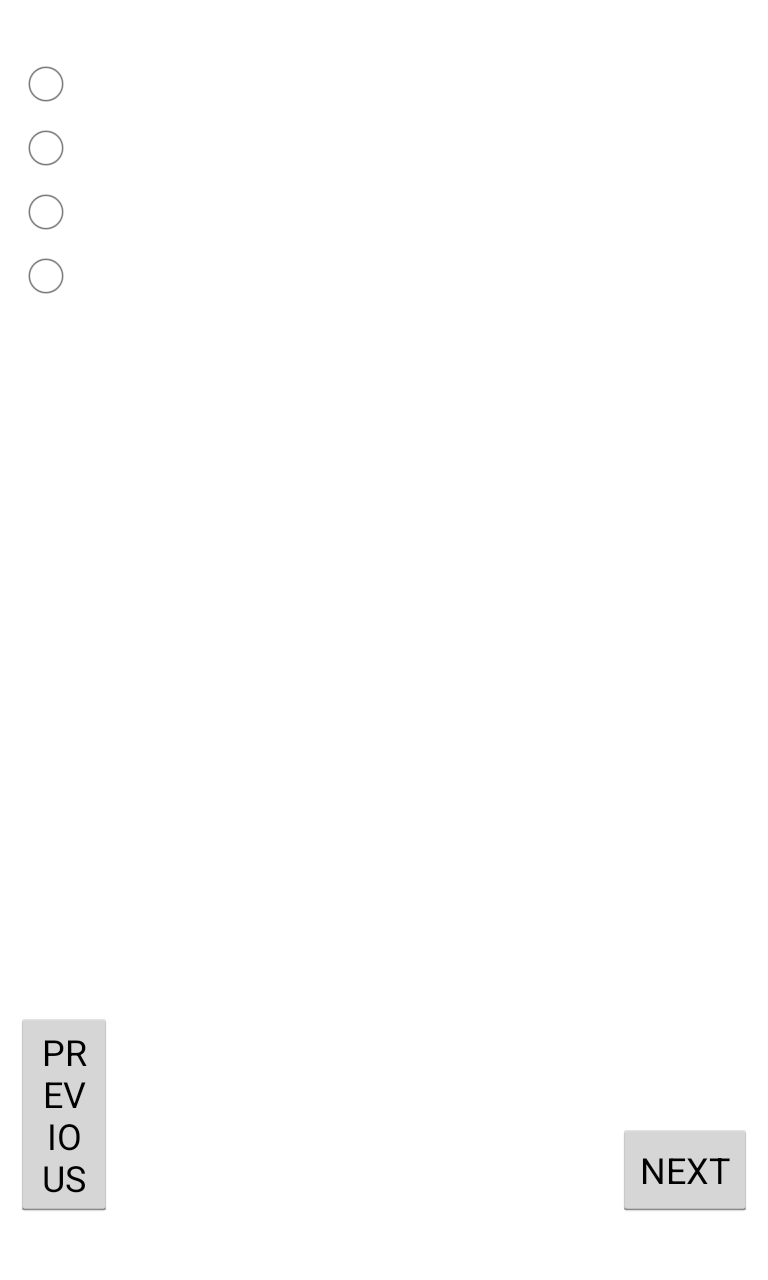
Repository: Harshil737/Career-Launcher
Layout: CareerLauncher/res/layout/fragment_test_page.xml
The author's editor kept a copy of each file at every save. The layout is drawn from the files as they stood at one save, then again after the next save.
It is drawn on a 768 x 1280 px phone screen (xhdpi) without system bars, with theme AppTheme; the app's code is not run.

Above is the layout before, as saved 2017-11-03 15:33:36.

After the next save:
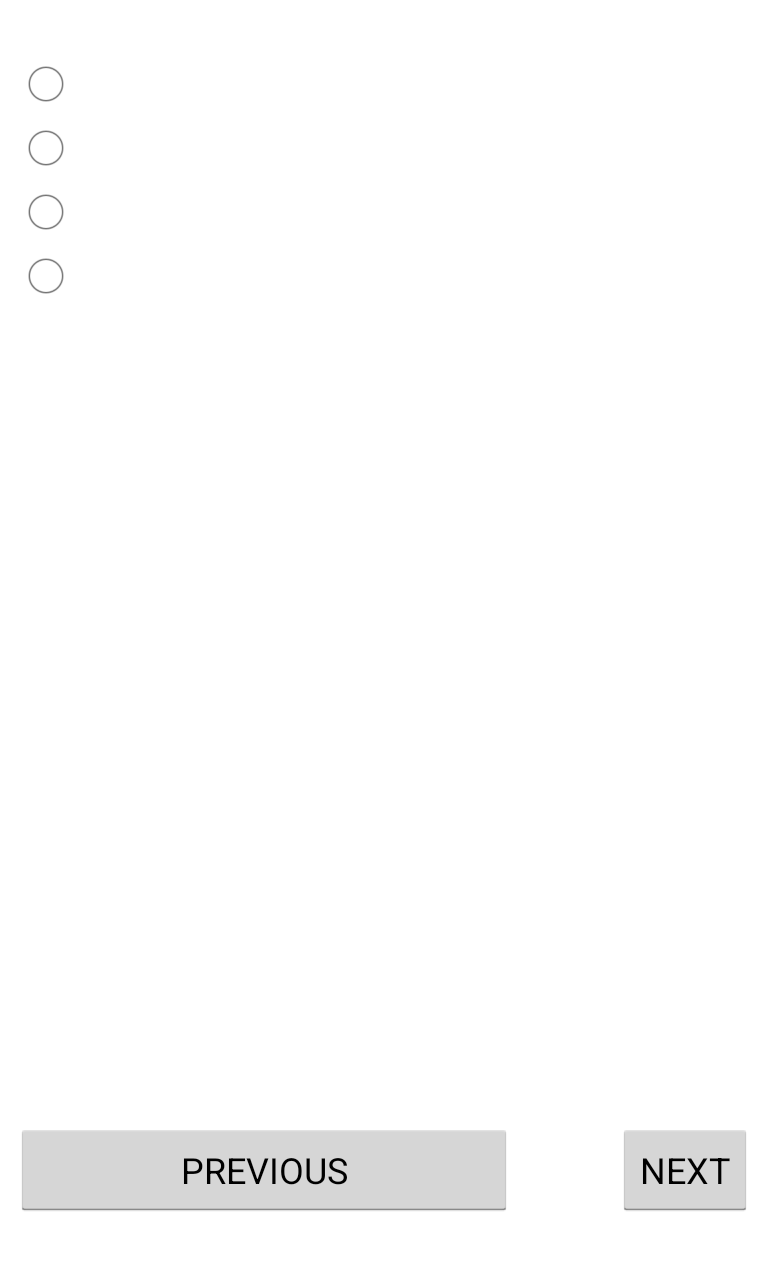
Saved 8 s later.
--- a/CareerLauncher/res/layout/fragment_test_page.xml
+++ b/CareerLauncher/res/layout/fragment_test_page.xml
@@ -42,7 +42,7 @@
 
     <Button
         android:id="@+id/test_page_btn_next"
-        android:layout_width="50dp"
+        android:layout_width="250dp"
         android:layout_height="wrap_content"
         android:layout_alignParentBottom="true"
         android:layout_alignParentLeft="true"
